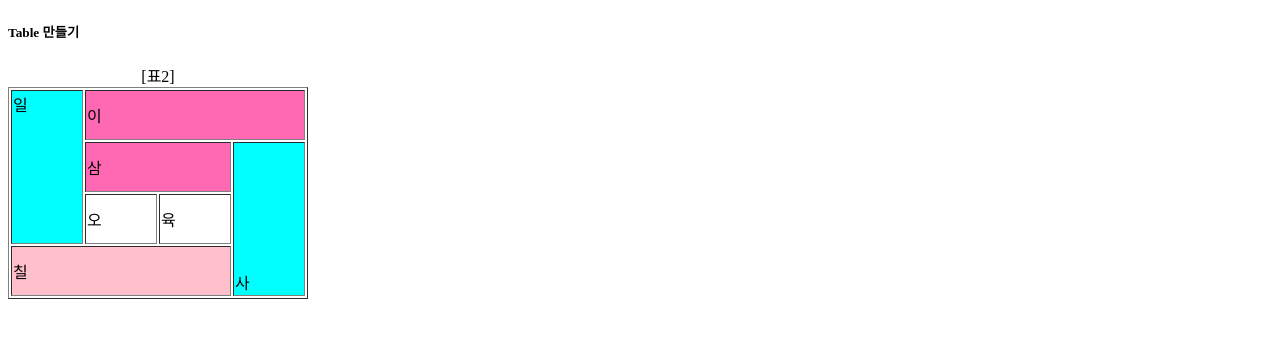
Repository: kimyoda/HomePratice
Page: Javawork/javascript/src/main/webapp/pratice/Ex1_test.html
These files come from the project's save history. The page is drawn as it stood at one moment and after the next save; the edit follows.
The browser window is 1280 px wide. The pictures show the whole page.
Some web fonts or font styles are not loaded; a fallback is used.

Above is the page before, as saved 2023-09-26 16:30:33.

### Javawork/javascript/src/main/webapp/pratice/Ex1_test.html
<!DOCTYPE html>
<html>
<head>
<meta charset="UTF-8">
<title>Insert title here</title>
<link href="https://fonts.googleapis.com/css2?family=Gamja+Flower&family=Jua&family=Lobster&family=Nanum+Pen+Script&family=Permanent+Marker&family=Single+Day&display=swap" rel="stylesheet">
    <style>
        body * {
            font-family: 'Jua';
        }
        table tr{
			height: 50px;
		}
    </style>
<script>
   window.onload = function(){

   }
</script>
</head>
<body>
	<h5>Table 만들기</h5>
   <table border="1" style="width: 300px;" heigh ="100">
   <caption>[표2]</caption>
   <tr>
	   <td rowspan="3" valign = "top" bgcolor="cyan">일</td>
	   <td colspan="3"  bgcolor="hotpink">이</td>
   </tr>
   <tr>
	   <td colspan = "2" bgcolor = "hotpink">삼</td>
	   <td rowspan = "3" bgcolor = "cyan" valign ="bottom">사</td>
   </tr>
   <tr>
	   <td>오</td><td>육</td>
   </tr>
   <td colspan="3" bgcolor="pink">칠</td>
   </table>
</html>

After the next save:
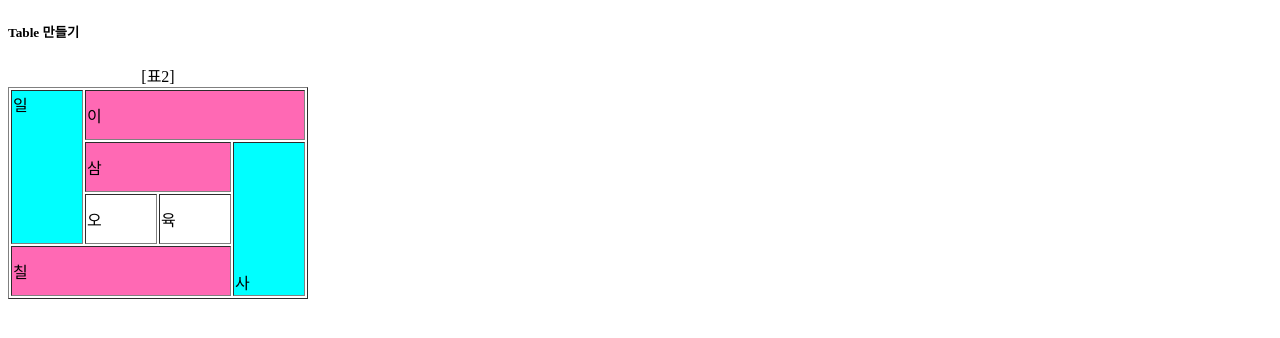
Saved 22 s later.
--- a/Javawork/javascript/src/main/webapp/pratice/Ex1_test.html
+++ b/Javawork/javascript/src/main/webapp/pratice/Ex1_test.html
@@ -33,6 +33,6 @@
    <tr>
 	   <td>오</td><td>육</td>
    </tr>
-   <td colspan="3" bgcolor="pink">칠</td>
+   <td colspan="3" bgcolor="hotpink">칠</td>
    </table>
 </html>
